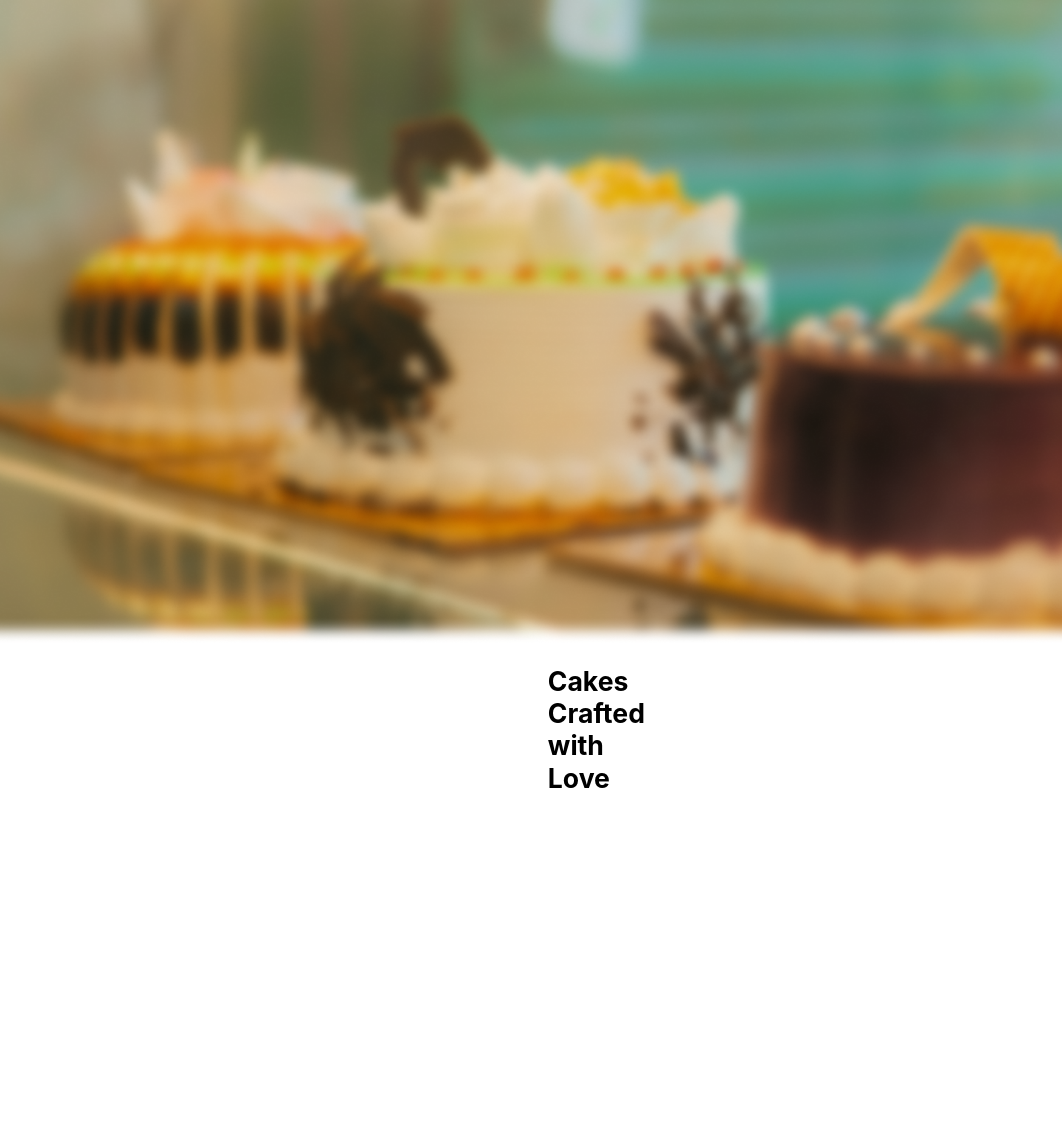
Repository: MEROO1010/cake-box-website
Page: / (app in Cake_box/cake_website/cake_frontend/)
The author's editor kept a copy of each file at every save. The page is drawn from the files as they stood at one save, then again after the next save.
The browser window is 1280 px wide. The pictures show the whole page, at 83% of full size.
The project was rebuilt for these pictures with package versions that can differ from the ones it lists, and the page was loaded fresh each time.

Above is the page before, as saved 2024-10-22 11:51:32.

After the next save:
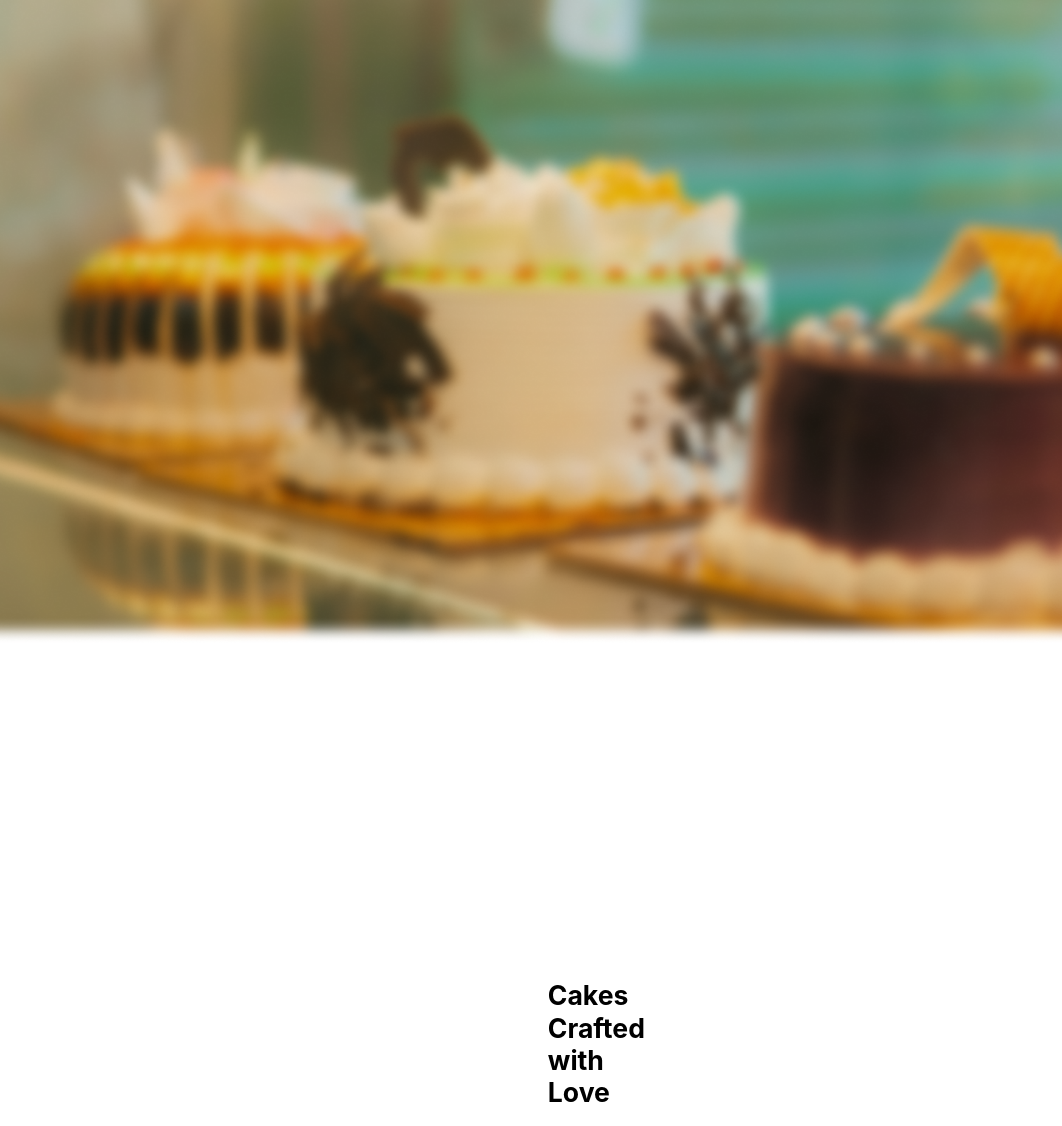
Saved 5 s later.
--- a/Cake_box/cake_website/cake_frontend/src/components/HomePage/Homepage.jsx
+++ b/Cake_box/cake_website/cake_frontend/src/components/HomePage/Homepage.jsx
@@ -25,7 +25,7 @@ const Container = styled.div `
    h1{
     color:black;
     margin-left:660px;
-    margin-bottom:400px;
+    margin-top:400px;
    }
 
   `
